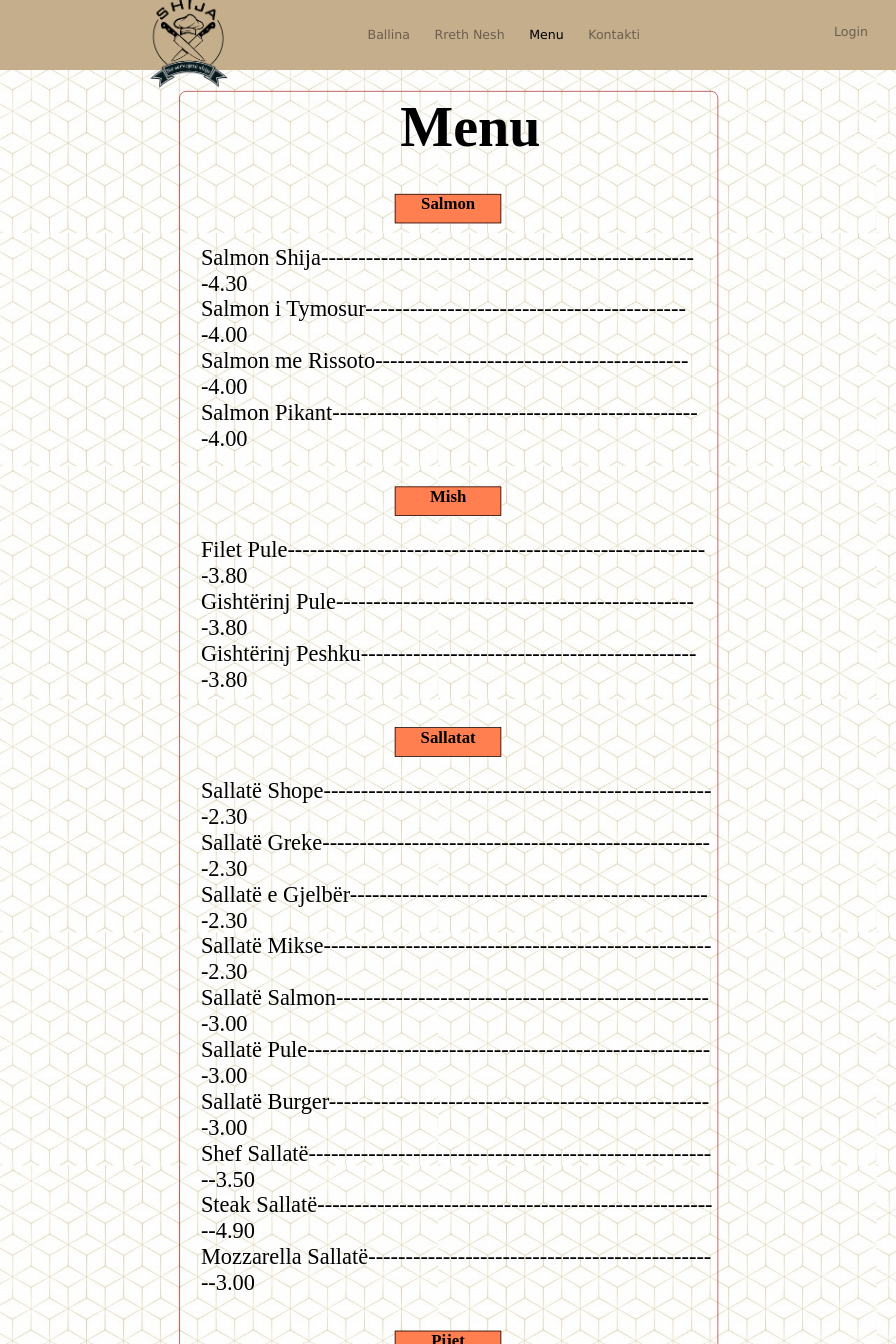
Repository: bs47892/ProjektiWeb-Shija2020
Page: http://localhost/menu.html
These files come from the project's save history. The page is drawn as it stood at one moment and after the next save; the edit follows.
The browser window is 1280 px wide. The pictures show the part of the page from y = 0 to 1920 px (the page is 2869 px tall before and 2877 px after), at 70% of full size.
Some web fonts or font styles are not loaded; a fallback is used. The page is run by PHP 8.4 with error messages shown; the project is at /var/www/html/.

Above is the page before, as saved 2021-02-12 14:43:29.

### menu.html
<!DOCTYPE html>
<html>
    <head>
<title> Restaurant Shija </title>
<link rel="stylesheet" type="text/css" href ="style.css">
<link rel="stylesheet" href="https://stackpath.bootstrapcdn.com/font-awesome/4.7.0/css/font-awesome.min.css">
<link rel="preconnect" href="https://fonts.gstatic.com">

<link href="https://fonts.googleapis.com/css2?family=Dancing+Script&family=EB+Garamond&family=Lovers+Quarrel&display=swap" rel="stylesheet">
    </head>
    <body>
       <header class="header">
           <div class ="container">
               <div class="logo">
            <img src="images/logo-png.png" alt="llogo" width="110" height="125"/>
               </div>
           <nav>
            <ul>
                <li><a href="shija.html" class="underline">Ballina</a></li>
                <li><a href="RrethNesh.html" class="underline">Rreth Nesh</a></li>
                <li><a href="menu.html" class="underline active">Menu</a></li>
                <li><a href="kontakti.html" class="underline">Kontakti</a></li>
            </ul>
            </nav>
            <li><a href="login/login.html" class="rightlog">Login</a></li>


           </div>
        </header>
 <!--********************Ketu perfundon tagu per header*****************************-->
<div class="menuja">
    <h1>Menu</h1>
    <div class="titull">
        <h2>Salmon</h2>
    </div>
        <ul>
            <li>Salmon Shija---------------------------------------------------4.30</li>
            <li>Salmon i Tymosur--------------------------------------------4.00</li>
            <li>Salmon me Rissoto-------------------------------------------4.00</li>
            <li>Salmon Pikant--------------------------------------------------4.00</li>
        </ul>
        <div class="titull">
            <h2>Mish</h2>
        </div>
        <ul>
            <li>Filet Pule---------------------------------------------------------3.80</li>
            <li>Gishtërinj Pule-------------------------------------------------3.80</li>
            <li>Gishtërinj Peshku----------------------------------------------3.80</li>

        </ul>
        <div class="titull">
            <h2>Sallatat</h2>
        </div>
        <ul>
           <li>Sallatë Shope-----------------------------------------------------2.30</li>
           <li>Sallatë Greke-----------------------------------------------------2.30</li>
           <li>Sallatë e Gjelbër-------------------------------------------------2.30</li>
           <li>Sallatë Mikse-----------------------------------------------------2.30</li>
           <li>Sallatë Salmon---------------------------------------------------3.00</li>
           <li>Sallatë Pule-------------------------------------------------------3.00</li>
           <li>Sallatë Burger----------------------------------------------------3.00</li>
           <li>Shef Sallatë--------------------------------------------------------3.50</li>
           <li>Steak Sallatë-------------------------------------------------------4.90</li>
           <li>Mozzarella Sallatë------------------------------------------------3.00</li>

        </ul>
        <div class="titull">
            <h2>Pijet</h2>
        </div>
        <ul>
          <li>Espresso-------------------------------------------------------------0.70</li>
          <li>Makiato e vogël---------------------------------------------------0.70</li>
          <li>Makiato e madhe-------------------------------------------------1.00</li>
          <li>Kapuçino-----------------------------------------------------------1.00</li>
          <li>Kafe Vanilla--------------------------------------------------------1.00</li>
          <li>Ness Kafe-----------------------------------------------------------1.00</li>
          <li>Ujë Mineral--------------------------------------------------------0.80</li>
          <li>Limonadë-----------------------------------------------------------1.50</li>
          <li>Lëngje të frutave--------------------------------------------------1.00</li>
        </ul>

</div>








<!--**************************Ketu fillon footeri**********************************-->
<footer class="footer">
    <div class="inner_footer">
        <div class="logo">
            <img src="images/logo-png.png" alt="llogo" width="110" height="125"/>
        </div>
        <div class ="footer_third">

            <h3>Na ndiqni: </h3>
            <p>

            </p>
            <div class="socials">
            <ul>
            <li><a href="#"><i class="fa fa-facebook"></i></a></li>
            <li><a href="#"><i class="fa fa-instagram"></i></a></li>
            <li><a href="#"><i class="fa fa-youtube"></i></a></li>
            <li><a href="#"><i class="fa fa-pinterest"></i></a></li>
            </ul>
            </div>
        </div>
        <div class ="footer_third">
            <h3>Faqet: </h3>
            <p>

            </p>
            <div class="menu">
            <ul>
                <li><a href="shija.html">Ballina</a></li>
                <li><a href="RrethNesh.html">Rreth Nesh</a></li>
                <li><a href="menu.html">Menu</a></li>
                <li><a href="kontakti.html">Kontakti</a></li>
            </ul>
            </div>
            </div>

        <div class ="footer_third">
            <h3>Na kontaktoni: </h3>
            <p>

            </p>
            <div class="kontakti">
                <i class="fa fa-phone"> +383 44 111 111</i>
            <i class ="fa fa-envelope"> info@shija-ks.com</i>
            </div>
        </div>





    </footer>
    </body>
</html>

### style.css
*{
    margin:0;
    padding:0;
    list-style: none;
    text-decoration: none;
}
body{
    background-image:url(images/mainbackground.jpg);
}


header{
    min-height: 100px;
    background-color: rgb(196, 174, 140);
}
.logo {

    float:left;
    padding: 0 200px 0 215px;

}
nav ul li{
    float: left;
    line-height: 100px; /*text in the center*/
    padding-right: 15px;
}

nav ul li a{
    display: block;
    font-size: 18px;
    font-family:Verdana, Geneva, Tahoma, sans-serif;
    color:rgba(44, 37, 37, 0.582);
    padding: 0px 20px 1px 0px;

}

nav ul li a:hover{
    color:rgb(0, 0, 0);
}

.underline {
    display: inline;
    position: relative;
    user-select: none;
}



.underline::before {
    content: '';
    position: absolute;
    width: 100%;
    transform: scaleX(0);
    height: 3px;
    bottom: 0;
    left: 0;
    background-color: #000000c4;
    transform-origin: center;
    transition: transform 0.30s ease-out;
}
.underline:hover::before {
    transform: scaleX(1);
    transform-origin: center;
}

.active {
    color: black;
}
footer{
    position: relative;;    /*rreshti 47 dhe 48 e definojne poziten e footerit*/
    bottom: 0;
    width: 100vw;
    display: block;
    overflow: hidden;
    padding: 20px 0;
    box-sizing: border-box;
    background-color: rgb(196, 174, 140);
}
.inner_footer{
    display: block;
    margin: 0 auto;
    width: 1100px;
}
.inner_footer .logo{
   padding-left: 5%;

}
.inner_footer .footer_third{

  width: calc(21.666666667% - 20px);
  display: inline;
    float:left;
    height:100%
}
.inner_footer .footer_third:last-child{
    margin-right:0;
}
.inner_footer .footer_third h3{
    font-family: Verdana, Geneva, Tahoma, sans-serif;
    font-size:18px;
    color: brown;
    display:block;
    width: 100%;
    margin-bottom:20px;
}
.inner_footer .footer_third .socials a{
    font-family: Verdana, Geneva, Tahoma, sans-serif;

    display:block;
    color: black;
    font-weight:200;
    width: 100%;
    padding-bottom:20px;
}
.inner_footer .footer_third .socials li{
    display: inline-block;
    padding: 0 5px;
    font-size: 20px;
}
.inner_footer .footer_third .menu a{
    font-family:Verdana, Geneva, Tahoma, sans-serif;
    display:block;
    color: black;
    padding-bottom:10px;
}

.rightlog {
    float: right;
    display: block;
    font-size: 18px;
    font-family:Verdana, Geneva, Tahoma, sans-serif;
    color:rgba(44, 37, 37, 0.582);
    padding: 35px 40px 35px 35px;
}

.rightlog:hover {
    color: black;
}
/*main page (slider)*/
.slider{


    transform: translate(-25%, 0%);
       width:800px;
       height:500px;
       border-radius: 10px;
       overflow:hidden;

   }
   .slides{
       width:500%;
       height: 500px;
       display: flex;
   }
   .slides input{
       display: none;
   }
   .slide{
       width:20%;
       transition: 2s;
   }
   .slide img{
       width:800px;
       height:500px;
   }
   .navigation-manual{
   position: absolute;
   width:800px;
   margin-top: 460px;
   display: flex;
   justify-content: center;

   }
   .manual-btn{
       border:2px solid black;
       padding: 5px;
       border-radius: 10px;
       cursor:pointer;
       transition:1s;
   }
   .manual-btn:not(:last-child){
       margin-right: 40px;
   }
   .manual-btn:hover{
       background-color: black;

   }
   #radio1:checked ~ .first{
       margin-left:0;
   }
   #radio2:checked ~ .first{
       margin-left:-20%;
   }
   #radio3:checked ~ .first{
       margin-left:-40%;
   }
   #radio4:checked ~ .first{
       margin-left:-60%;
   }
   .navigation-auto{
       position: absolute;
       display: flex;
       width:800px;
       justify-content: center;
       margin-top: 460px;
   }
   .navigation-auto div{
       border:2px solid black;
       padding:5px;
       border-radius:10px;
       transition: 1s;
   }
   .navigation-auto div:not(:last-child){
       margin-right: 40px;
   }
   #radio:checked ~ .navigation-auto.auto-btn1{
       background: black;
   }
   #radio:checked ~ .navigation-auto.auto-btn2{
       background: black;
   }
   #radio:checked ~ .navigation-auto.auto-btn3{
       background: black;
   }
   #radio:checked ~ .navigation-auto.auto-btn4{
       background: black;
   }
   /*main slider perfundon ketu*/

   /*sllogani*/
   .sllogani{
       display:block;
       border:1px solid black;
       height: 200px;
       width: 100%;
       background-color:white;
       margin-top: 50px;
   }
   .sllogani h1{
      font-size: 500%;
      font-family:  'Dancing Script', cursive;
      color: brown;
      margin-top: 50px;
      margin-left: 30%;

   }
   /*perfundoi sllogani*/
   /*specialitet*/
   .specialiteti{
       display: block;
       border:1px solid white;
       height: 400px;
       width:100%;

   }
   .specialiteti img{
       float:left;
       margin-top:100px;
       margin-left: 20px;
       size: 275, 153;
   }
   .specialiteti h1{
       font-size: 300%;
       margin-top: 80px;
       font-family: 'EB Garamond', serif;
       font-style: italic;
   }
   .specialiteti p{
       float:right;
       font-size: 180%;
       margin-top: 25px;
       margin-right: 50px;
       line-height: 35px;
       font-family: 'EB Garamond', serif;
   }
   /*perfundon specialiteti*/
   .lokacioni{
    display: block;
    border:1px solid white;
    height: 500px;
    width:100%;
    background-color: white;

   }
.lokacioni img{
 float: left;
 margin-left: 50px;
}
.lokacioni h1{
    font-family: 'EB Garamond', serif;
    font-style: italic;
    margin-top: 50px;
    margin-left: 600px;
}
.lokacioni p{
float: right;
margin-right: 300px;
margin-top:50px;
font-size: 130%;
line-height: 50px;
font-family: 'EB Garamond', serif;
}
.lokacioni p i{
    color:mediumvioletred;
}

/* Rreth nesh */
.body02 {
    background-image:url(images/rrethdesc.png);
    height: 600px;
    width: 1536px;
}
.about-section{
    font-family: Verdana, Geneva, Tahoma, sans-serif;
}

.inner-container{
    height: 400px;
    font-family: 'Poppins', sans-serif;
}

.inner-container h1{
    font-size: 30px;
    font-weight: 900;
}

.text{
    font-size: 20px;
    color: #545454;
    line-height: px;
    text-align: justify;

}

h1 {
    margin-left: 41%;
    padding-top: 5px;
}

h2 {
    padding-top: 50px;
    padding-left: 30px;
}

p {
    line-height: 24px;
}

/*Menu fillon ketu*/
.menuja{
    border:1px brown;
    border-style:double;
    border-radius: 10px;
    height: auto;
    width: 60%;
margin-left: 20%;
margin-top: 30px;
margin-bottom: 30px;
}
.menuja h1{
    font-family: 'Dancing Script', cursive ;
    font-size: 500%;
}
.menuja .titull{
    border: 1px solid black;
    height: 40px;
    width: 150px;
    text-align: center;
    background-color: coral;
    margin-left: 40%;
    margin-top: 50px;
}
.menuja .titull h2{
padding:0;
font-family: 'EB Garamond', serif;
}
.menuja ul{
    font-family: 'EB Garamond', serif;
    margin-left: 30px;
    margin-top: 30px;
    font-size: 200%;

}
/*Menu perfundon ketu*/


/*Contact Form fillon ketu*/

.containerc {
    max-width: 700px;
    width: 100%;
    margin: 0% 30% 30% 28% ;
    position: relative;
  }

  #contact input[type="text"],
  #contact input[type="email"],
  #contact input[type="tel"],
  #contact input[type="url"],
  #contact textarea,
  #contact button[type="submit"] {
    font: 400 12px/16px "Roboto", Helvetica, Arial, sans-serif;
  }

  #contact {
    background: #F9F9F9;
    padding: 25px;
    margin: 150px 0;
    box-shadow: 0 0 20px 0 rgba(0, 0, 0, 0.2), 0 5px 5px 0 rgba(0, 0, 0, 0.24);
  }

  #contact h3 {
    display: block;
    font-size: 40px;
    font-weight: 300;
    margin-bottom: 10px;
    text-align:center;
    font-family: Fjalla One, sans-serif;
  }

  #contact h4 {
    margin: 5px 0 15px;
    display: block;
    font-size: 13px;
    font-weight: 400;
    text-align: center;
    font-family: Fjalla One, sans-serif;
  }

  fieldset {
    border: medium none !important;
    margin: 0 0 10px;
    min-width: 100%;
    padding: 0;
    width: 100%;
  }

  #contact input[type="text"],
  #contact input[type="email"],
  #contact input[type="tel"],
  #contact input[type="url"],
  #contact textarea {
    width: 100%;
    border: 1px solid #ccc;
    background: #FFF;
    margin: 0 0 5px;
    padding: 10px;
    font-family: Arial, Helvetica, sans-serif;
  }

  #contact input[type="text"]:hover,
  #contact input[type="email"]:hover,
  #contact input[type="tel"]:hover,
  #contact input[type="url"]:hover,
  #contact textarea:hover {
    -webkit-transition: border-color 0.3s ease-in-out;
    -moz-transition: border-color 0.3s ease-in-out;
    transition: border-color 0.3s ease-in-out;
    border: 1px solid #aaa;
    font-family: Arial, Helvetica, sans-serif;
  }

  #contact textarea {
    height: 100px;
    max-width: 100%;
    resize: none;
  }

  #contact button[type="submit"] {
    cursor: pointer;
    width: 100%;
    border: none;
    background: #000000e1;
    color: rgb(255, 255, 255);
    margin: 0 0 5px;
    padding: 10px;
    font-size: 15px;
    border: 3px solid black;
    border-radius: 10px;
  }

  #contact button[type="submit"]:hover {
    background: rgba(255, 255, 255, 0);
    color: rgb(11, 59, 11);
    border: 3px solid black;
    -webkit-transition: background 1s ease-in-out;
    -moz-transition: background 1s ease-in-out;
    transition: background-color 1s ease-in-out;
  }

  #contact button[type="submit"]:active {
    box-shadow: inset 0 1px 3px rgb(126, 0, 0);
  }

  .copyright {
    text-align: center;
  }

  .aboutlink {
    font-size: 18px;
    color: #000000;
  }

  .aboutlink:hover {
    font-size: 18.9px;
  }

  #contact input:focus,
  #contact textarea:focus {
    outline: 0;
    border: 1px solid #aaa;
  }

  ::-webkit-input-placeholder {
    color: #888;
  }

  :-moz-placeholder {
    color: #888;
  }

  ::-moz-placeholder {
    color: #888;
  }

  :-ms-input-placeholder {
    color: #888;
  }

After the next save:
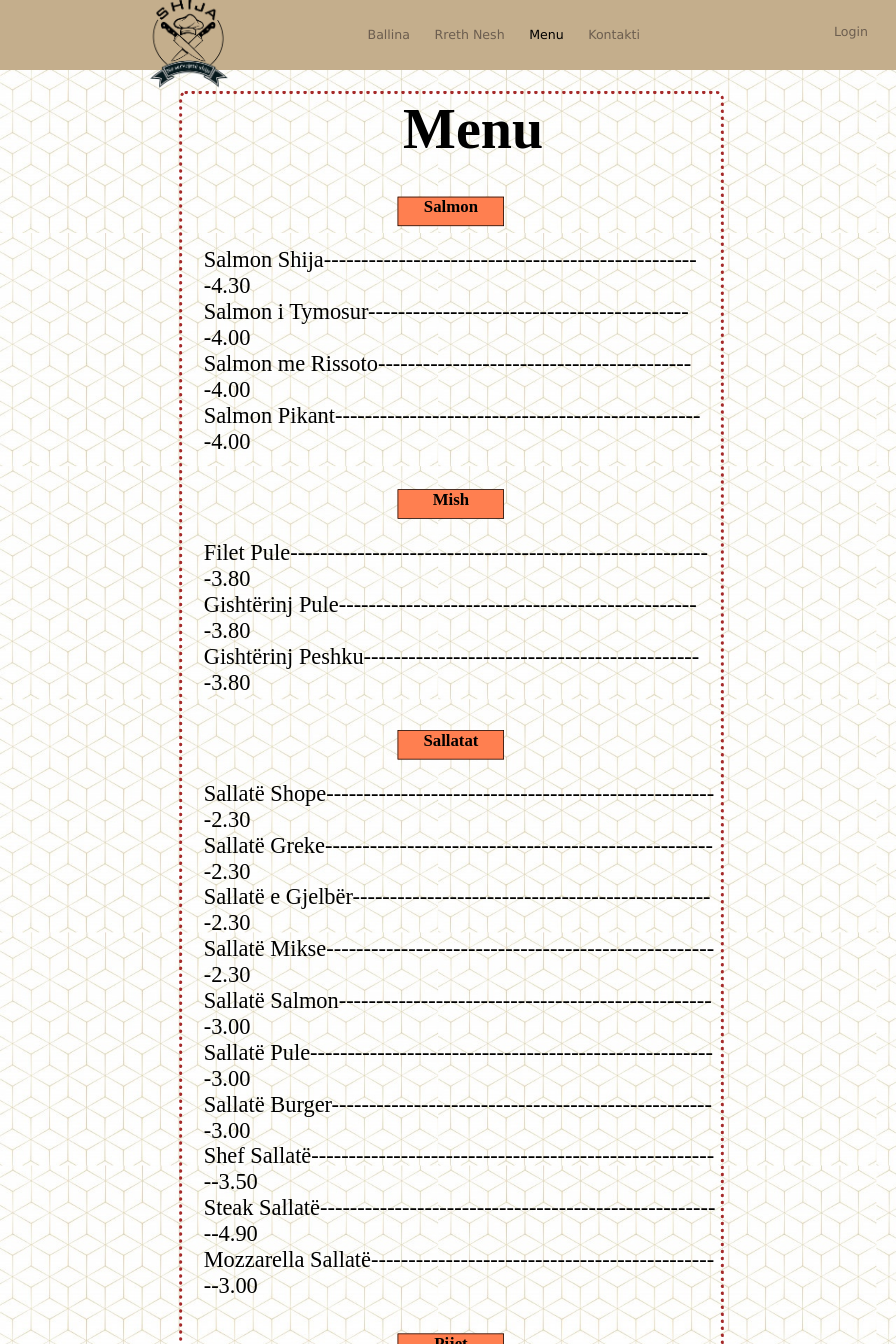
Saved 20 s later.
--- a/style.css
+++ b/style.css
@@ -348,8 +348,7 @@ p {
 
 /*Menu fillon ketu*/
 .menuja{
-    border:1px brown;
-    border-style:double;
+    border:5px dotted brown;
     border-radius: 10px;
     height: auto;
     width: 60%;
